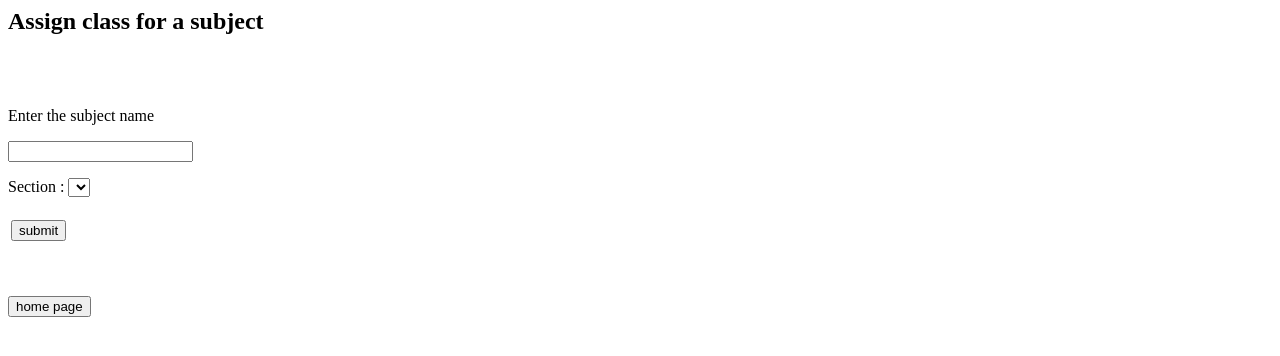
Repository: anithagnana123/Simplilearn_Phase2_project
Page: http://localhost/phase2-project/classsub.jsp
These files come from the project's save history. The page is drawn as it stood at one moment and after the next save; the edit follows.
The browser window is 1280 px wide. The pictures show the whole page.
The page is served by Tomcat 9. Other server files are loaded and not shown. Queries for data that is not in the repository find no rows.

Above is the page before, as saved 2022-10-24 08:13:40.

### phase2-project/src/main/webapp/classsub.jsp
<%@ taglib prefix="c" uri="http://java.sun.com/jsp/jstl/core"%>
<%@ taglib prefix="sql" uri="http://java.sun.com/jsp/jstl/sql"%>
<html>
<head>
    <title>classsub-list</title>
</head>
<body>
    <sql:setDataSource
    var="database"
    driver="com.mysql.cj.jdbc.Driver"
     url="jdbc:mysql://localhost:3306/learners_academy?allowPublicKeyRetrieval=true&useSSL=false"
     user="root"
     password="123456"
     />


<h2>Assign class for a subject</h2>

<br> <br>


<form action="test"  method="get">
<p>Enter the subject name </p>
<p><input type="text" name="subject"/></p>

<table>

    <sql:query var="rs" dataSource="${database}">
         SELECT * FROM class_info;
    </sql:query>

    <tr>
        Section :
        <select name = "class_sec">
             <c:forEach var="class_info" items="${rs.rows}">
                 <option> <c:out value="${class_info.class_sec}"/> </option>
             </c:forEach>
        </select>
    </tr>

    <br> <br>
    <tr>
      <td><input type="submit" value="submit"/></td>
      <td><input type="hidden" name="operation" value="assignclasssub"/></td>
    </tr>
</table>
</form>

<br> <br>
<form action="welcome" method="get">
	<input type="submit" value="home page"/>
</form>

</body>
</html>

After the next save:
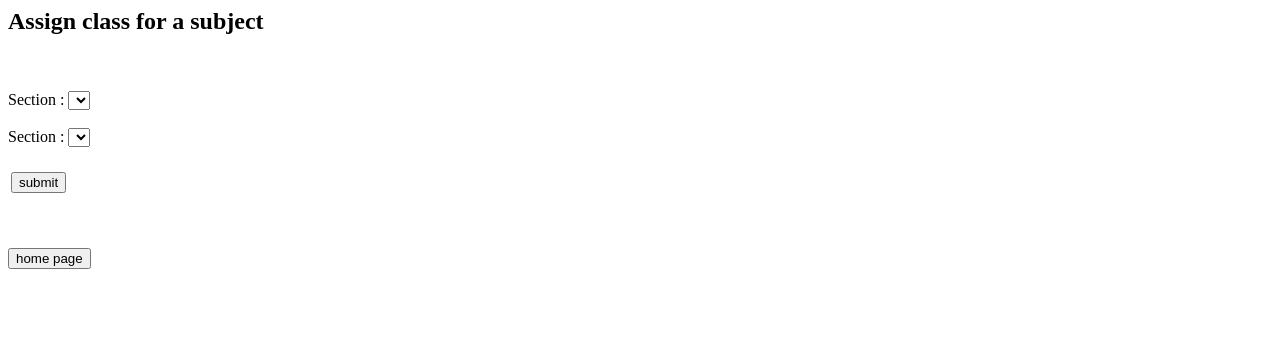
Saved 5 min 48 s later.
--- a/phase2-project/src/main/webapp/classsub.jsp
+++ b/phase2-project/src/main/webapp/classsub.jsp
@@ -20,15 +20,12 @@
 
 
 <form action="test"  method="get">
-<p>Enter the subject name </p>
-<p><input type="text" name="subject"/></p>
 
 <table>
 
     <sql:query var="rs" dataSource="${database}">
          SELECT * FROM class_info;
     </sql:query>
-
     <tr>
         Section :
         <select name = "class_sec">
@@ -37,8 +34,21 @@
              </c:forEach>
         </select>
     </tr>
+    <br> <br>
 
+    <sql:query var="rs1" dataSource="${database}">
+         SELECT * FROM subject_info;
+    </sql:query>
+    <tr>
+        Section :
+        <select name = "class_sec">
+             <c:forEach var="class_info" items="${rs.rows}">
+                 <option> <c:out value="${class_info.class_sec}"/> </option>
+             </c:forEach>
+        </select>
+    </tr>
     <br> <br>
+
     <tr>
       <td><input type="submit" value="submit"/></td>
       <td><input type="hidden" name="operation" value="assignclasssub"/></td>
